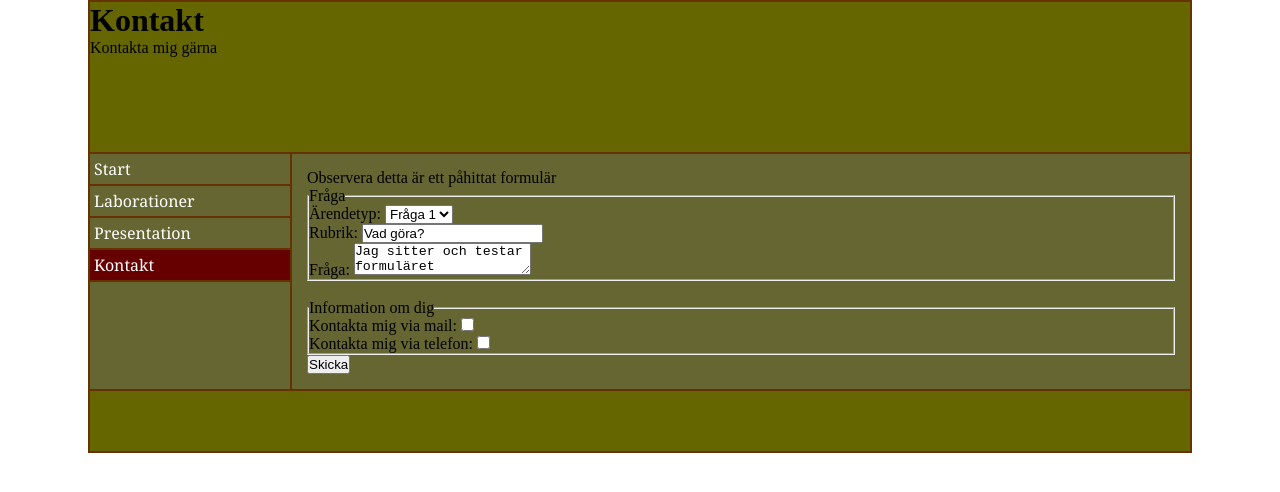
Repository: jt222ia/1ik415-jt222ia-laborationer
Page: pages/kontakt.html
The author's editor kept a record of every edit. The page is drawn from the files as they stood at one moment, then again after the next edit.
The browser window is 1280 px wide. The pictures show the whole page.

Above is the page before.

After the next edit:
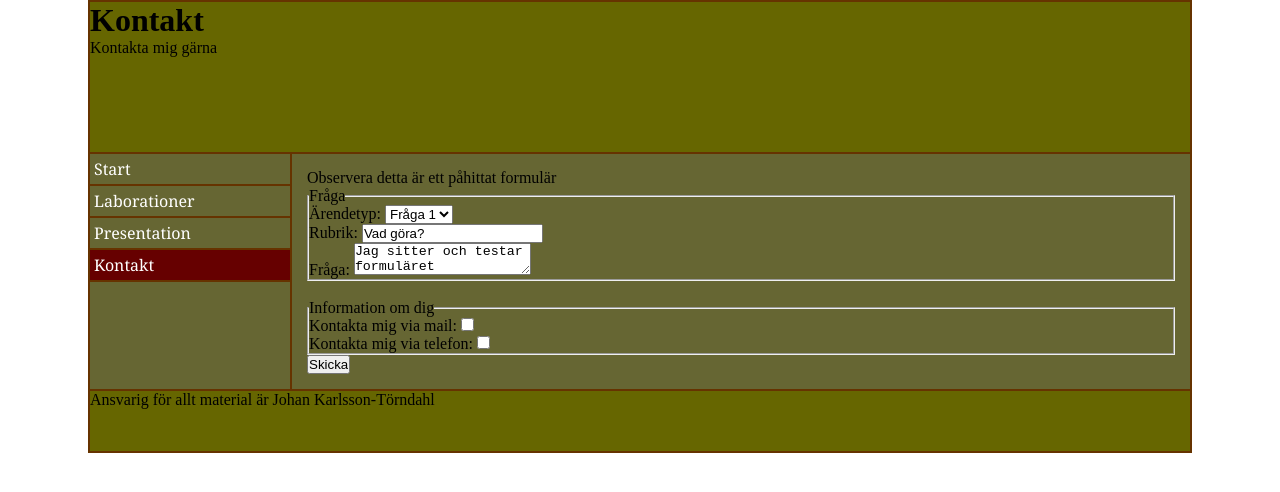
The edit:
--- a/pages/kontakt.html
+++ b/pages/kontakt.html
@@ -45,7 +45,7 @@
             </form>
         </div>
         <div id="footer">
-
+            <p>Ansvarig för allt material är Johan Karlsson-Törndahl </p>
         </div>
     </div>
     </body>
